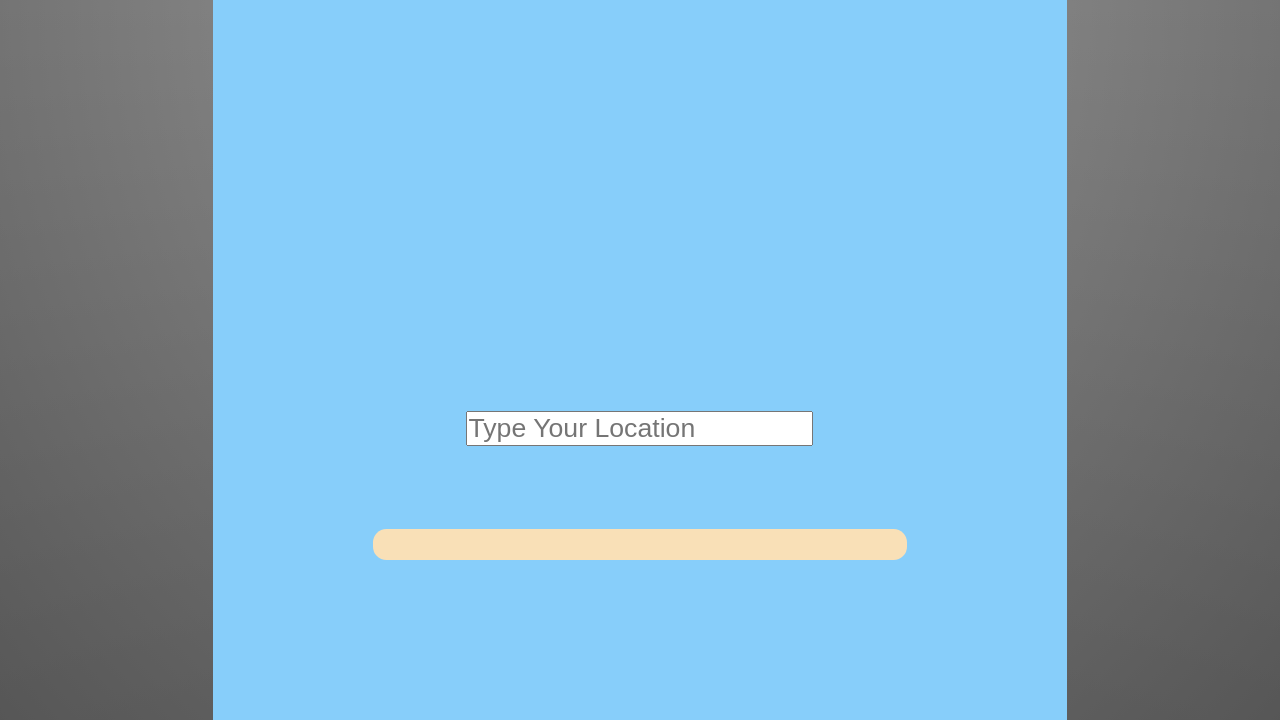
Repository: Heidingg/weather_app
Page: /
The author's editor kept a copy of each file at every save. The page is drawn from the files as they stood at one save, then again after the next save.
The browser window is 1280 px wide. The pictures show the whole page.
The project was rebuilt for these pictures with package versions that can differ from the ones it lists, and the page was loaded fresh each time. The framework's server and built-in components were replaced by stand-ins that run in the browser. Also part of the build but not shown: next.config.js.

Above is the page before, as saved 2023-01-20 22:27:57.

After the next save:
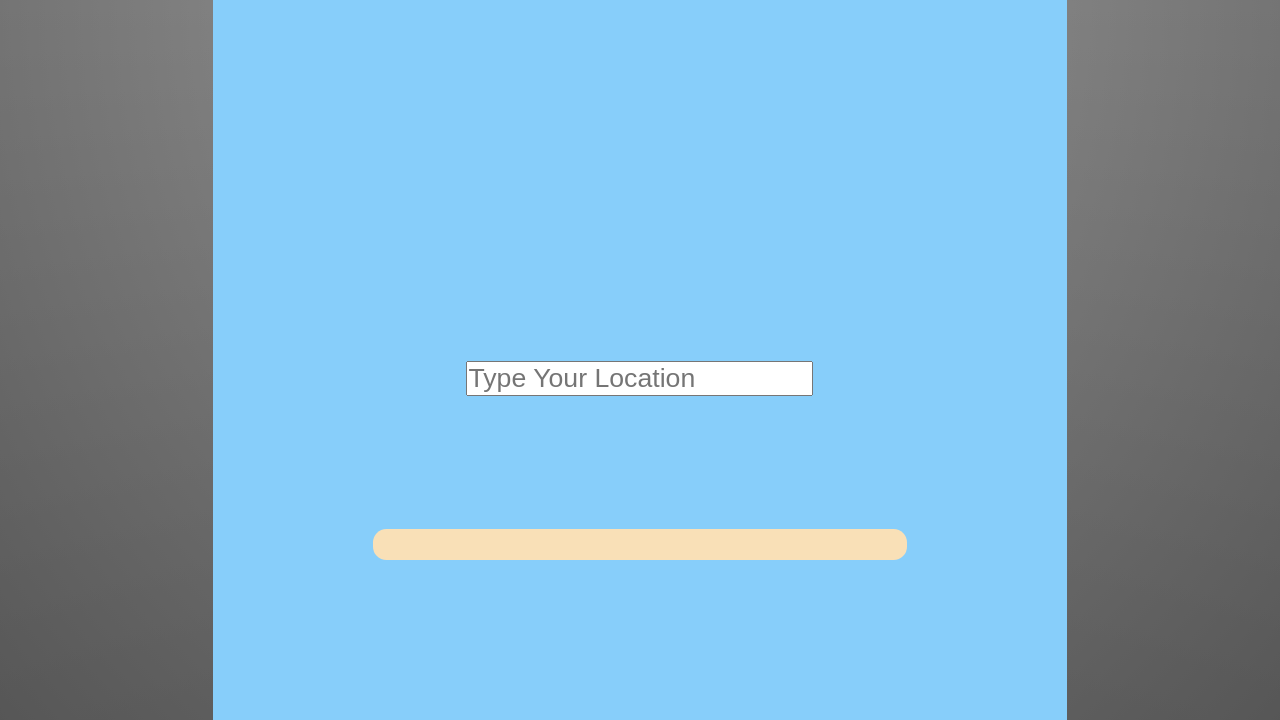
Saved 3 min 14 s later.
--- a/pages/index.js
+++ b/pages/index.js
@@ -75,7 +75,7 @@ export default function Home() {
           type="text"
         >
         </input>
-
+    <div className={styles.searchContainer}></div>
         <div className={styles.weatherData}>
           <div className={styles.weatherCondition}>
             {
